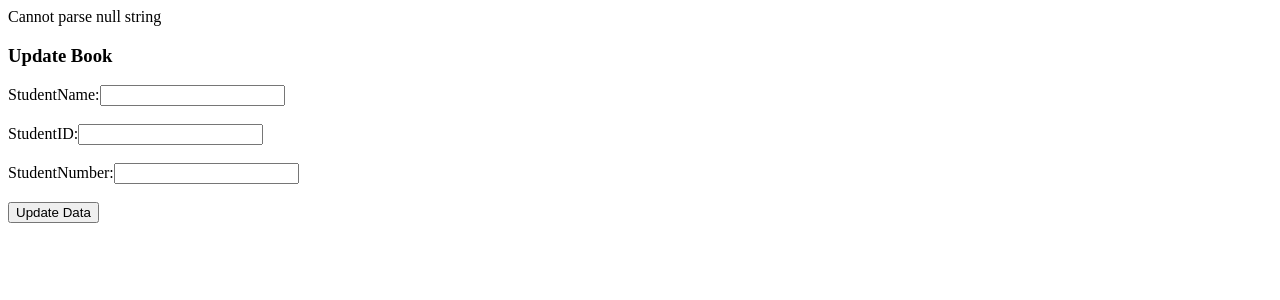
Repository: PrinceKumawat1109/Ep_Redhat
Page: http://localhost/servelet-jsp/UpdateData
These files come from the project's save history. The page is drawn as it stood at one moment and after the next save; the edit follows.
The browser window is 1280 px wide. The pictures show the whole page.
The page is served by Tomcat 9.

Above is the page before, as saved 2022-07-23 12:48:31.

After the next save:
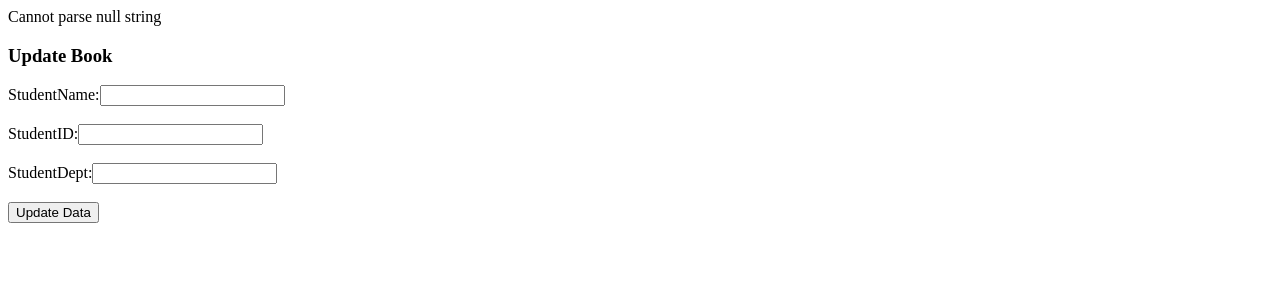
Saved 12 s later.
--- a/servelet-jsp/src/main/webapp/updatedata.jsp
+++ b/servelet-jsp/src/main/webapp/updatedata.jsp
@@ -11,7 +11,7 @@
 	<form action="UpdateData" method="get">
 		StudentName:<input type="text" name="name"/><br/><br/>
 		StudentID:<input type="text" name="rollno"/><br/><br/>
-		StudentNumber:<input type="text" name="Number"/><br/><br/>
+		StudentDept:<input type="text" name="Dept"/><br/><br/>
 		<input type="submit" value="Update Data" />
 	</form>
 </body>
